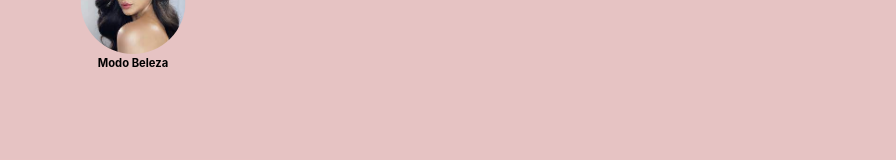
Repository: thf4/Project-Shop
Page: /
An editor plug-in stored every save of this project. The page is shown before and after the next save, followed by the edit.
The browser window is 1280 px wide. The pictures show the part of the page from y = 765 to 2685 px (the page is 993 px tall before and 2685 px after), at 70% of full size.
The project was rebuilt for these pictures with package versions that can differ from the ones it lists, and the page was loaded fresh each time.

Above is the page before, as saved 2021-04-22 14:38:22.

After the next save:
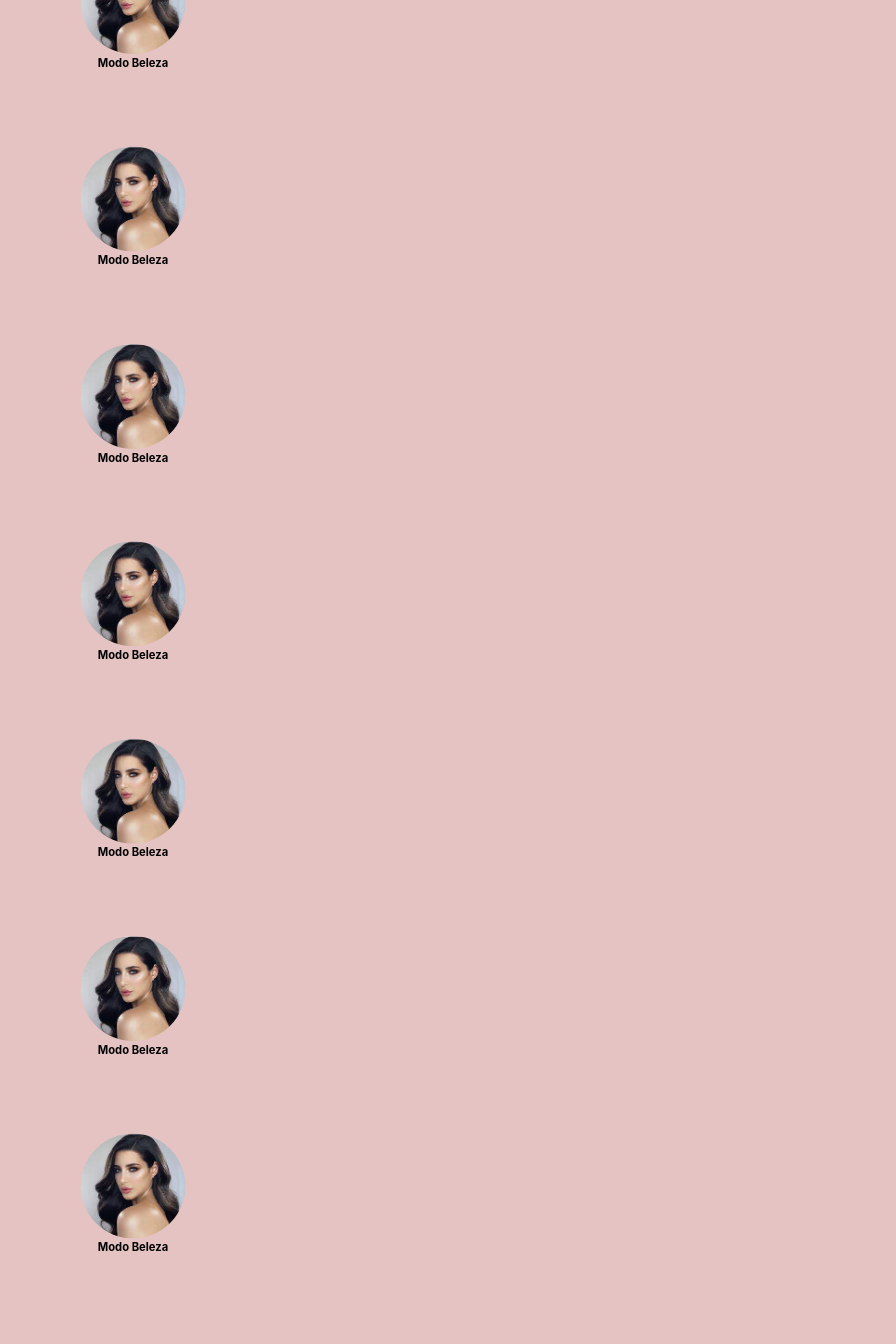
Saved 12 s later.
--- a/src/Exemplo.js
+++ b/src/Exemplo.js
@@ -6,6 +6,12 @@ function Exemplo(props) {
   return(
     <section  className="list">
 
+    <NovaFoto />
+    <NovaFoto />
+    <NovaFoto />
+    <NovaFoto />
+    <NovaFoto />
+    <NovaFoto />
     <NovaFoto />
     <NovaFoto />
     </section>
